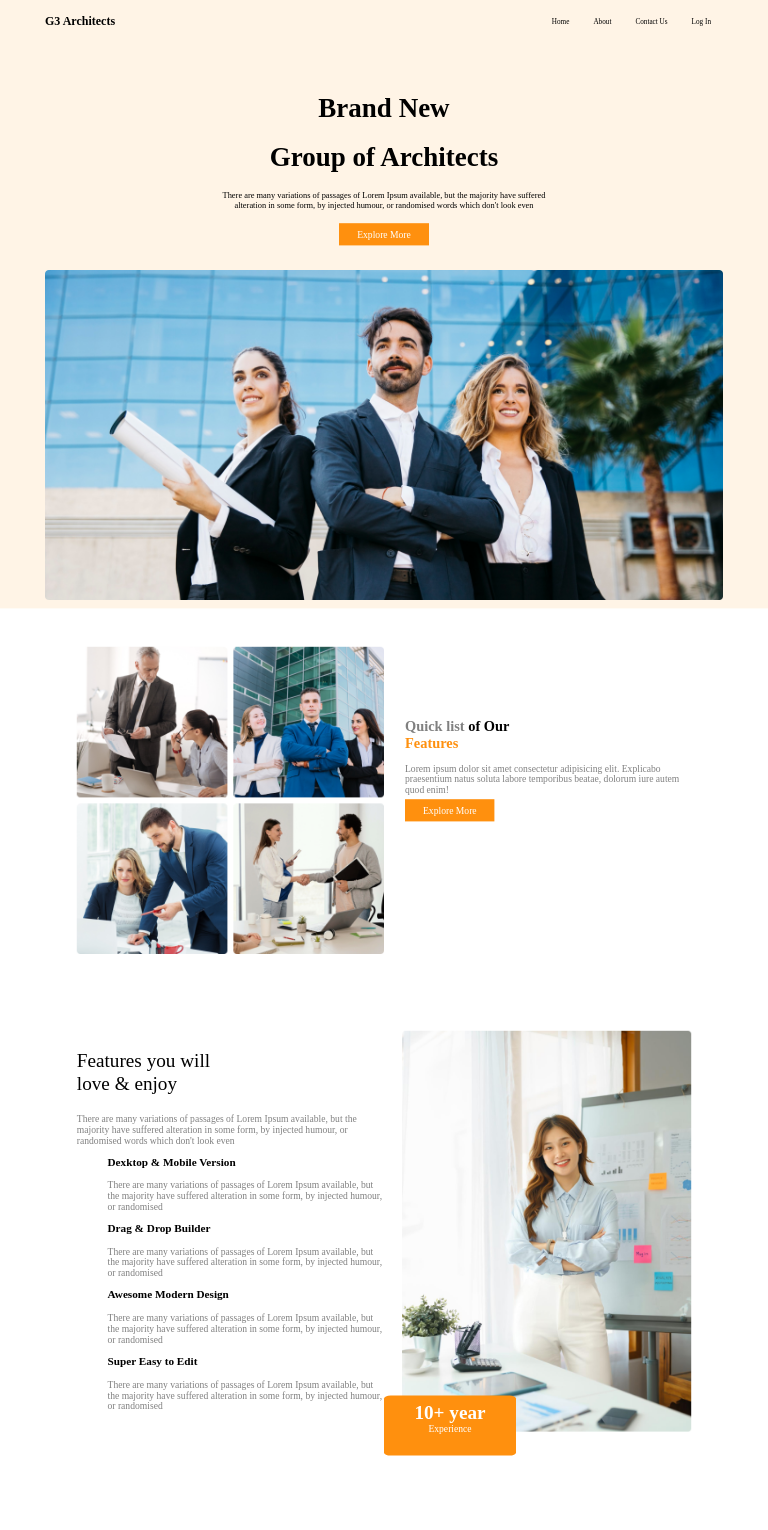
Repository: sadiaafsana138/Architect
Page: index.html
An editor plug-in stored every save of this project. The page is shown before and after the next save, followed by the edit.
The browser window is 1280 px wide. The pictures show the whole page, at 60% of full size.

Above is the page before, as saved 2023-01-16 17:33:14.

### index.html
<!DOCTYPE html>
<html lang="en">

<head>
  <meta charset="UTF-8" />
  <meta http-equiv="X-UA-Compatible" content="IE=edge" />
  <meta name="viewport" content="width=device-width, initial-scale=1.0" />
  <!-- CSS Stylesheet -->
  <link rel="stylesheet" href="style.css" />
  <title>G3 Architects</title>
</head>

<body>
  <!-- Head Section -->
  <header>
    <div class="top-head container">
      <div class="logo">
        <a href="">G3 Architects</a>
      </div>
      <nav class="navigation">
        <ul class="navigation-items">
          <li><a href="#">Home</a></li>
          <li><a href="#">About</a></li>
          <li><a href="#">Contact Us</a></li>
          <li><a href="#">Log In</a></li>
        </ul>
      </nav>
    </div>
    <div class="top-section container">
      <div class="top-bar-product">
        <div class="top-text">
          <h1>Brand New</h1>
          <h1>Group of Architects</h1>
          <p>
            There are many variations of passages of Lorem Ipsum available,
            but the majority have suffered <br>
            alteration in some form, by
            injected humour, or randomised words which don't look even
          </p>
          <br />
          <a href="#" class="link-btn">Explore More </a>
        </div>
        <div class="top-img">
          <img src="./images/banner.png" alt="" />
        </div>
      </div>
    </div>
  </header>
  <!--section Quick list of Our Features-->
  <section class="section-2">
    <div class="sec2div1">
      <img src="images/team1.png" alt="">

      </img>
      <img src="images/team2.png" alt="">

      </img>
      <img src="images/team3.png" alt="">

      </img>
      <img src="images/team4.png" alt="">

      </img>
    </div>
    <div class="sec2div2">
      <h2><span class="sp1">Quick list</span> of Our <br>
        <span id="sp2">Features</span>
      </h2>
      <p class="sp1">Lorem ipsum dolor sit amet consectetur adipisicing elit. Explicabo praesentium natus soluta labore
        temporibus beatae, dolorum iure autem quod enim!</p>
      <a href="#" class="link-btn">Explore More </a>
    </div>
  </section>
  <!--section-3 Features you will love & enjoy-->
  <section class="section-2">
    <div class="sec3div1">
      <p id="sec3font">Features you will<br>
        love & enjoy</p>
      <p class="sp1">
        There are many variations of passages of Lorem Ipsum available, but the majority have suffered alteration in
        some form, by injected humour, or randomised words which don't look even
      </p>
      <div class="sec3">
        <h3 class="sec3title">Dexktop & Mobile Version</h3>
        <p class="sec3subtitle">
          There are many variations of passages of Lorem Ipsum available, but the majority have suffered alteration in
          some form, by injected humour, or randomised
        </p>
      </div>
      <div class="sec3">
        <h3 class="sec3title">Drag & Drop Builder</h3>
        <p class="sec3subtitle">
          There are many variations of passages of Lorem Ipsum available, but the majority have suffered alteration in
          some form, by injected humour, or randomised
        </p>
      </div>
      <div class="sec3">
        <h3 class="sec3title">Awesome Modern Design</h3>
        <p class="sec3subtitle">
          There are many variations of passages of Lorem Ipsum available, but the majority have suffered alteration in
          some form, by injected humour, or randomised
        </p>
      </div>
      <div class="sec3">
        <h3 class="sec3title">Super Easy to Edit</h3>
        <p class="sec3subtitle">
          There are many variations of passages of Lorem Ipsum available, but the majority have suffered alteration in
          some form, by injected humour, or randomised
        </p>
      </div>
    </div>
    <div class="sec3div2">
      <img src="images/architect.png" alt="">
      <a href="#" class="link-btn1"><span class="sp3">10+ year</span><br> Experience </a>
    </div>


  </section>
</body>

</html>

### style.css
@import url("https://fonts.googleapis.com/css2?family=Inter:wght@700&family=Manrope:wght@700&display=swap");

/* common styles or utilities */
* {
  padding: 0;
  box-sizing: border-box;
  font-family: "Poppins";
}

html {
  scroll-behavior: smooth;
}

body {
  font-family: "Poppins";
  margin: 0;
}

h1 {
  font-weight: 500;
}

a {
  text-decoration: none;
}

main {
  display: flex;
  flex-direction: column;
  align-items: center;
  justify-content: center;
  margin-top: 2%;
}

.container {
  max-width: 960px;
  margin: 0 auto;
  padding: 0 20px;
}

.link-btn , .link-btn1{
  background-color: #ff900e;
  color: white;
  padding: 10px 30px;
  transition: 0.4s all ease-in-out;
}

.link-btn:hover , .link-btn1:hover{
  background-color: transparent;
  border: 1px solid #ff900e;
  color: #ff900e;
}
.link-btn1{
  height: 100px;
  width:220px;
  border-radius: 5%;
  position:relative;
  top: -60px;
  padding-top: 10px;
  text-align: center;

}

/* Header Section */
header {
  padding: 10px 0;
  background-color: rgba(255, 144, 14, 0.1);
}

header .container {
  max-width: 1170px;
  display: flex;
  justify-content: space-between;
  align-items: center;
}

.logo {
  display: flex;
}

.logo a {
  color: black;
  font-weight: 700;
  font-size: 20px;
}

.navigation {
  display: flex;
}

.navigation-items {
  display: flex;
  align-items: center;
}

.navigation-items li {
  list-style: none;
  padding: 0 20px;
}

.navigation-items li a {
  color: black;
  font-size: 12px;
  position: relative;
}

.navigation-items li a:after {
  content: "";
  position: absolute;
  background-color: #ff900e;
  height: 3px;
  width: 0;
  left: 0;
  bottom: -10px;
  transition: 0.3s;
}

.navigation-items li a:hover:after {
  width: 100%;
}

/* Top Bar Infos */
.top-section.container {
  margin-top: 5%;
}

.top-bar-product {
  text-align: center;
}

.top-text h1 {
  font-weight: 700;
  font-size: 45px;
}

.top-text p {
  font-size: 14px;
  text-align: center;
}

.top-img {
  width: 100%;
  margin-top: 50px;
}
.top-img img {
  width: 100%;
}
/*Section 2 Quick list of Our Features*/
.sp1{
  color: gray;
}
#sp2{
  color: #ff900e;
}
.section-2{
  display:grid;
  grid-template-columns: repeat(2,1fr);
  padding-left: 10%;
  padding-right: 10%;
  padding-top: 5%;
  padding-bottom: 5%;

}
.sec2div1{
  display: grid;
  grid-template-columns: repeat(2,1fr);
  row-gap: 10px;
  column-gap: 10px;
}
.sec2div1 img{
  width: 100%;
}
.sec2div2{
  padding-left: 35px;
  padding-top: 100px;
}
.sec3div2{
  display: grid;
}
.sec3div2 img{
  width: 100%;
  padding-left:30px;
}
.sp3{
  font-weight: 800;
  font-size: xx-large;
}
#sec3font{
  font-weight:1000px;
  font-size: xx-large;
}
.sec3div1::after{
  content: '';
  width:10px;
  height:60%;
  color:#ff900e;
}
.sec3title{
  margin-left: 10%;
  margin-top: 10px;
}
.sec3subtitle{
  margin-left: 10%;
  margin-top: 10px;
  color: gray;
}
























/* Media Queries */
@media only screen and (max-width: 688px) {
  .navigation {
    display: none;
  }
  .container {
    width: 100%;
  }
  .top-bar-product {
    flex-direction: column;
  }
  .top-img {
    order: 1;
  }
  .top-text {
    order: 2;
    text-align: center;
  }
  .section-2{
    display:grid;
    grid-template-columns: repeat(1,1fr);
  }
  .sec2div1{
    display: grid;
    grid-template-columns: repeat(1,1fr);
  }

}
@media only screen and (min-width: 688px) and (max-width: 992px) {
  .container {
    width: 100%;
  }
  .section-2{
    display:grid;
    grid-template-columns: repeat(1,1fr);
  }
  .sec2div1{
    display: grid;
    grid-template-columns: repeat(2,1fr);
  }
}

After the next save:
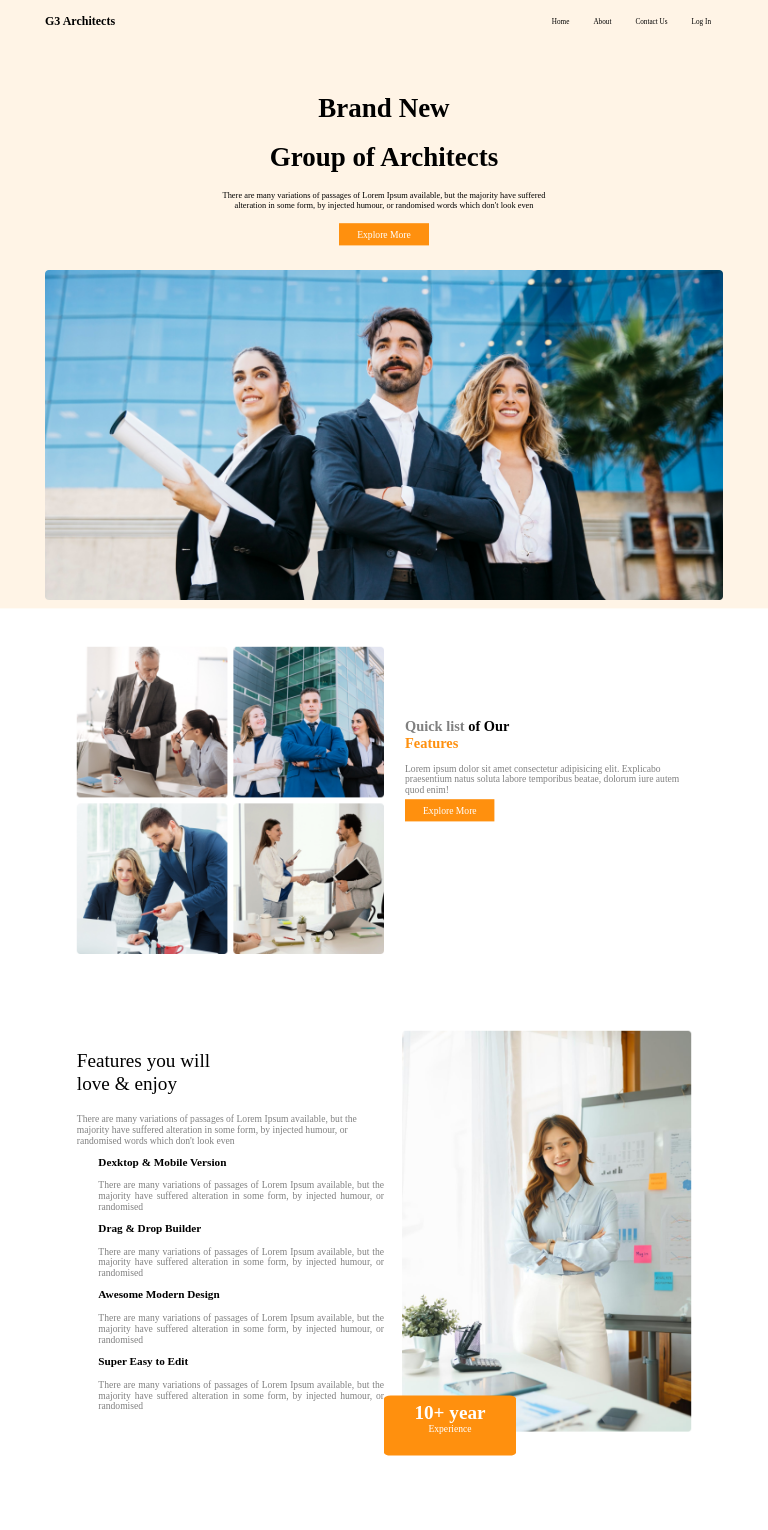
Saved 77 s later.
--- a/style.css
+++ b/style.css
@@ -196,13 +196,15 @@
   color:#ff900e;
 }
 .sec3title{
-  margin-left: 10%;
+  margin-left: 7%;
   margin-top: 10px;
+  text-align: justify;
 }
 .sec3subtitle{
-  margin-left: 10%;
+  margin-left: 7%;
   margin-top: 10px;
   color: gray;
+  text-align: justify;
 }
 
 
